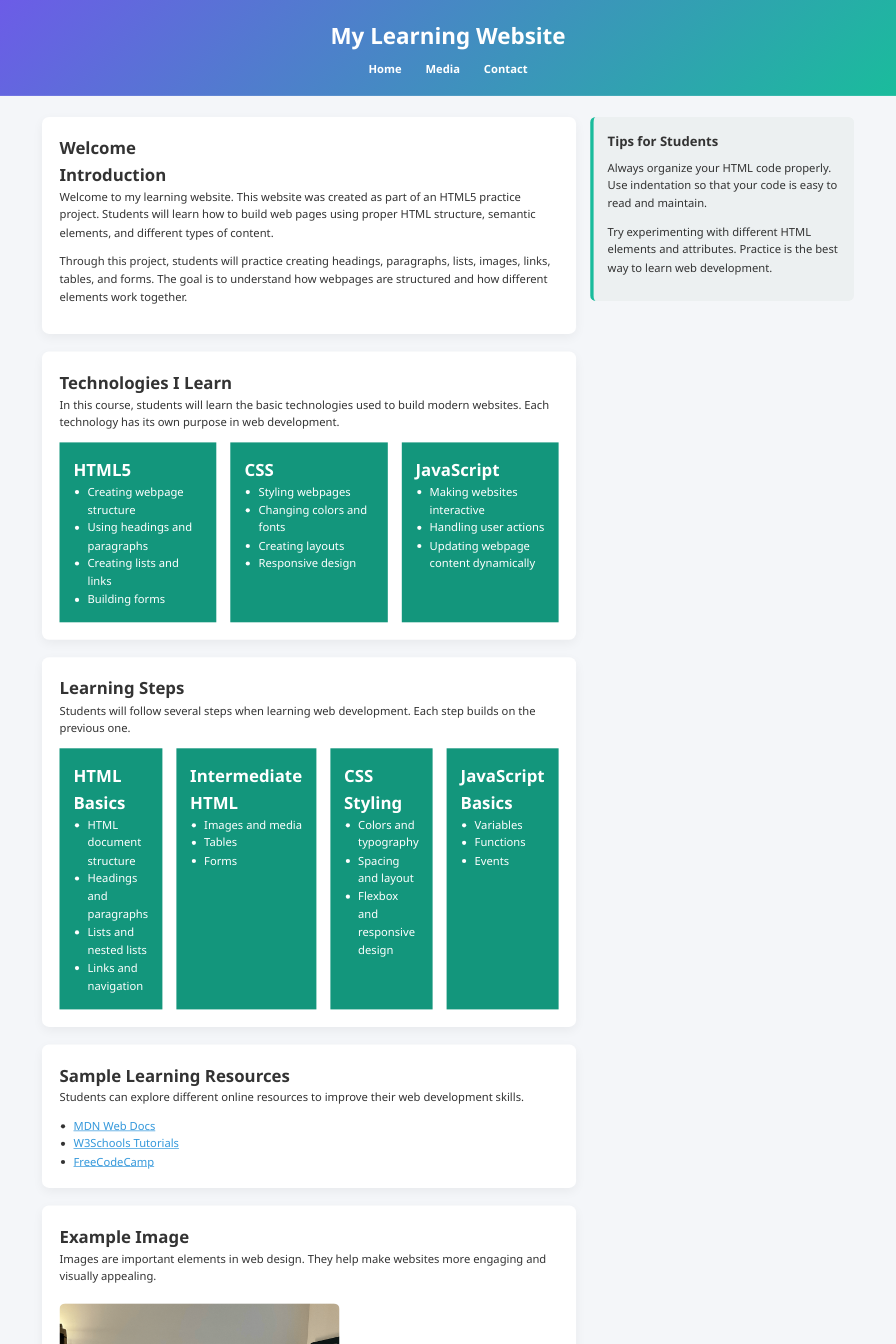
Repository: Than-sothearak/web_client_programing
Page: Week_03/index.html
These files come from the project's save history. The page is drawn as it stood at one moment and after the next save; the edit follows.
The browser window is 1280 px wide. The pictures show the part of the page from y = 0 to 1920 px (the page is 2722 px tall), at 70% of full size.

Above is the page before, as saved 2026-03-24 22:01:51.

After the next save:
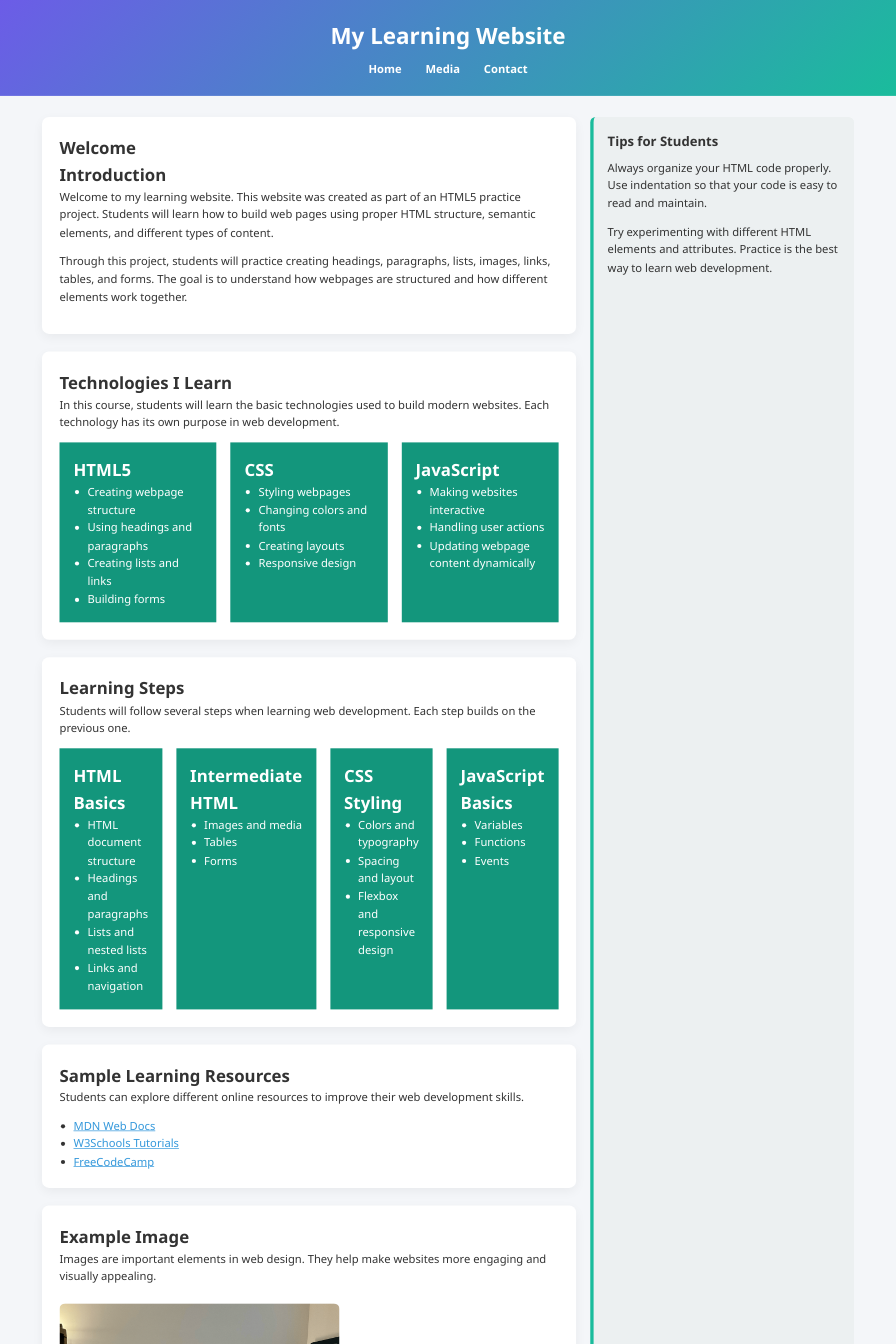
Saved 13 s later.
--- a/Week_03/index.html
+++ b/Week_03/index.html
@@ -206,7 +206,8 @@
           </table>
         </section>
       </div>
-      <aside>
+<div>
+        <aside>
         <h3>Tips for Students</h3>
 
         <p>
@@ -219,6 +220,7 @@
           Practice is the best way to learn web development.
         </p>
       </aside>
+</div>
     </main>
     <footer>
       <p>© 2026 Student Learning Website</p>
